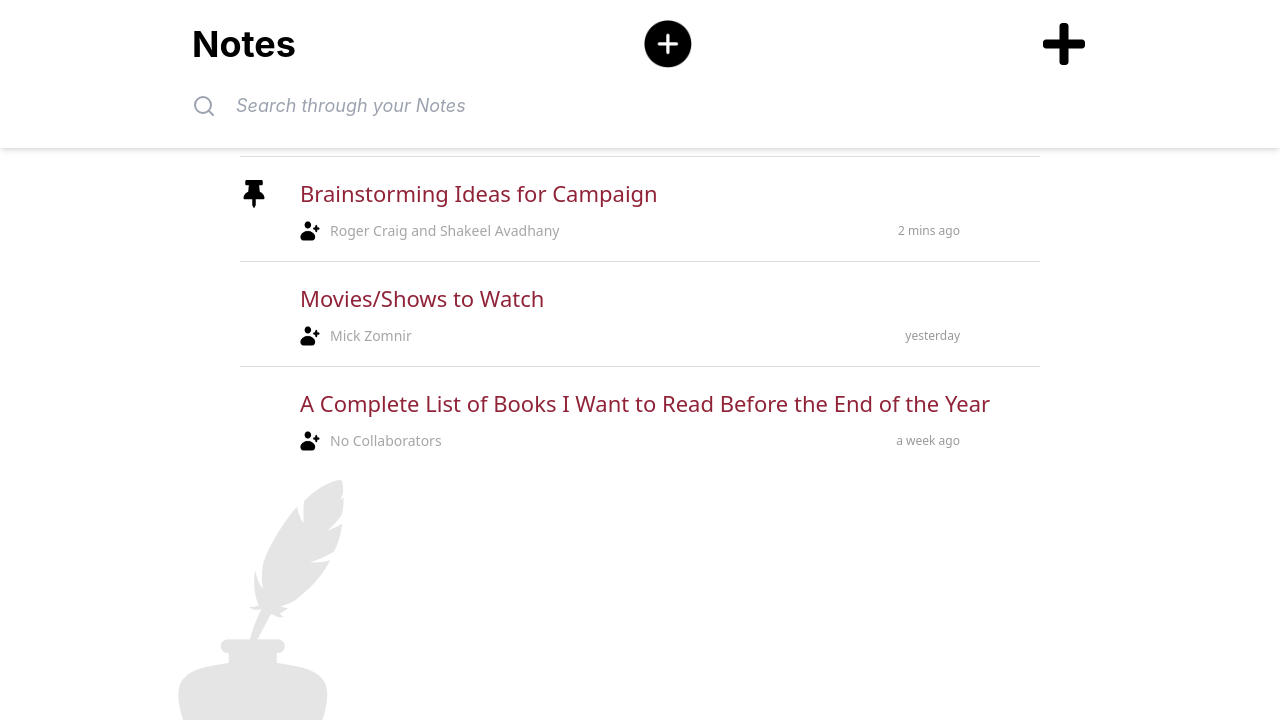
Repository: shabiasaeed/Notes-app
Page: /
These files come from the project's save history. The page is drawn as it stood at one moment and after the next save; the edit follows.
The browser window is 1280 px wide. The pictures show the whole page.
The project was rebuilt for these pictures with package versions that can differ from the ones it lists, and the page was loaded fresh each time. Also part of the build but not shown: src/components/Header.css, src/App.css.

Above is the page before, as saved 2025-01-01 18:19:26.

After the next save:
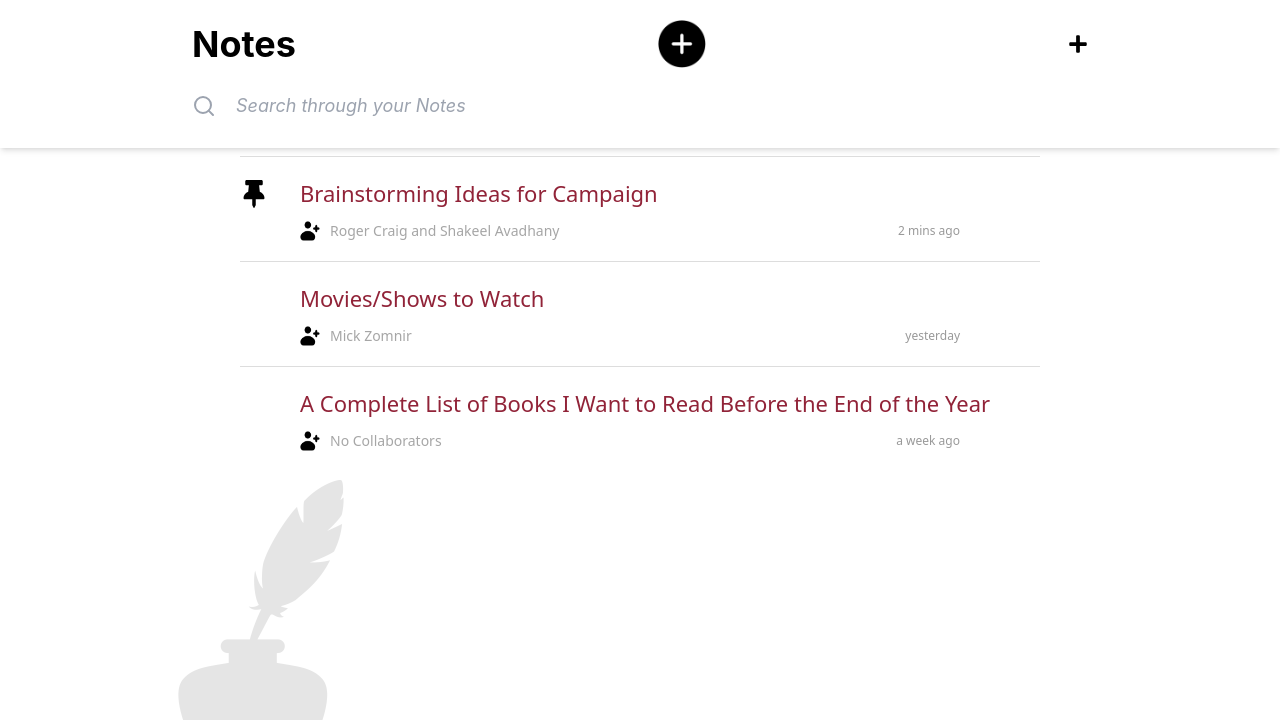
Saved 11 s later.
--- a/src/components/Header.js
+++ b/src/components/Header.js
@@ -14,7 +14,7 @@ const Header = ({ setSearchNotes }) => {
         <button className="bg-transparent border-none cursor-pointer">
           <img src={addButton} alt="Add" className="w-12 h-12"/>
         </button>
-        <FaPlus className="w-12 h-12"/>
+        <FaPlus className="w-5 h-5"/>
       </div>
       <div className="flex items-center w-full max-w-4xl mt-4">
         <FiSearch className="w-6 h-6 text-gray-400 mr-3" />
